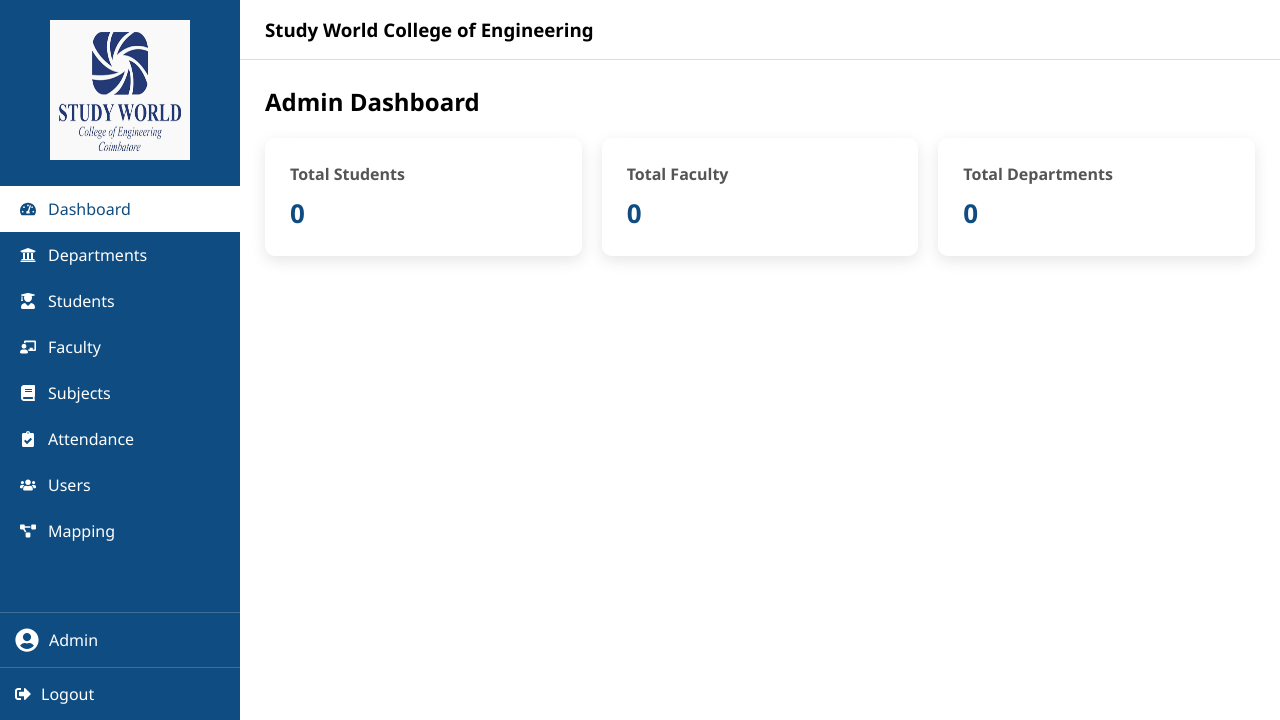
Repository: arthanarieswara/frontend
Page: /dashboard
These files come from the project's save history. The page is drawn as it stood at one moment and after the next save; the edit follows.
The browser window is 1280 px wide. The pictures show the whole page.
The page's requests for data from a server got no answer. The project was rebuilt for these pictures with package versions that can differ from the ones it lists, and the page was loaded fresh each time. No one was signed in, and anything a server would have sent is missing. Also part of the build but not shown: vite.config.js, src/pages/auth/Login.jsx, src/pages/departments/Departments.css, src/pages/departments/Departments.jsx, src/pages/students/Students.css, src/pages/students/Students.jsx, src/pages/faculty/Faculty.css, src/pages/faculty/Faculty.jsx and 8 more.

Above is the page before, as saved 2026-03-26 16:38:17.

### src/App.jsx
import AppRoutes from "./routes/AppRoutes";

function App() {
  return <AppRoutes />;
}

export default App;

### src/routes/AppRoutes.jsx
import { BrowserRouter, Routes, Route } from "react-router-dom";

import Login from "../pages/auth/Login";
import Dashboard from "../pages/dashboard/Dashboard";
import Departments from "../pages/departments/Departments";
import Students from "../pages/students/Students";
import Faculty from "../pages/faculty/Faculty";
import Subjects from "../pages/Subjects/Subjects";
import Attendance from "../pages/Attendance/Attendance";
import Users from "../pages/users/Users";
import UserMapping from "../pages/UserMapping/UserMapping"; // ✅ NEW
function AppRoutes() {
  return (
    <BrowserRouter>
      <Routes>
        <Route path="/" element={<Login />} />
        <Route path="/dashboard" element={<Dashboard />} />
        <Route path="/departments" element={<Departments />} />
        <Route path="/students" element={<Students />} />
        <Route path="/faculty" element={<Faculty />} />
        <Route path="/subjects" element={<Subjects />} />
        <Route path="/attendance" element={<Attendance />} />
        <Route path="/users" element={<Users />} />

        {/* ✅ NEW ROUTE */}
        <Route path="/mapping" element={<UserMapping />} />
      </Routes>
    </BrowserRouter>
  );
}

export default AppRoutes;

### src/pages/dashboard/Dashboard.jsx
import { useEffect, useState } from "react";
import Layout from "../../components/Layout";
import api from "../../api/api";
import "./Dashboard.css";

function Dashboard() {

  const [data,setData] = useState({
    students:0,
    faculty:0,
    departments:0,
    fees:0
  });

  useEffect(()=>{

    const fetchDashboard = async ()=>{

      try{

        const res = await api.get("/dashboard/admin");

        setData(res.data);

      }catch(err){

        console.log(err);

      }

    };

    fetchDashboard();

  },[]);

  return(

    <Layout>

      <div className="dashboard">

        <h2>Admin Dashboard</h2>

        <div className="cards">

          <div className="card">
            <h3>Total Students</h3>
            <p>{data.students}</p>
          </div>

          <div className="card">
            <h3>Total Faculty</h3>
            <p>{data.faculty}</p>
          </div>

          <div className="card">
            <h3>Total Departments</h3>
            <p>{data.departments}</p>
          </div>

          {/* <div className="card">
            <h3>Total Fees Collected</h3>
            <p>₹{data.fees}</p>
          </div> */}

        </div>

      </div>

    </Layout>

  );

}

export default Dashboard;

### src/api/api.js
import axios from "axios";

const api = axios.create({
  baseURL: "http://localhost:5000/api",
});

/* ✅ Attach token automatically */
api.interceptors.request.use((config) => {
  const token = localStorage.getItem("token");

  if (token) {
    config.headers.Authorization = `Bearer ${token}`;
  }

  return config;
});

export default api;

### src/pages/auth/Login.css
*{
  margin:0;
  padding:0;
  box-sizing:border-box;
  font-family:"Segoe UI",sans-serif;
}

/* ANIMATED BACKGROUND */

.login-wrapper{
  height:100vh;
  display:flex;
  justify-content:center;
  align-items:center;
  background:linear-gradient(270deg,#0f4c81,#3a8bfd,#1a6ed8);
  background-size:600% 600%;
  animation:gradientBG 10s ease infinite;
}

@keyframes gradientBG{
  0%{background-position:0% 50%}
  50%{background-position:100% 50%}
  100%{background-position:0% 50%}
}

/* LOGIN CARD */

.login-card{
  width:420px;
  padding:40px;
  border-radius:12px;
  background:rgba(255,255,255,0.15);
  backdrop-filter:blur(15px);
  box-shadow:0 15px 40px rgba(0,0,0,0.3);
  text-align:center;
  color:white;
}

/* COLLEGE HEADER */

.college-logo{
  width:70px;
  margin-bottom:10px;
}

.college-header h1{
  font-size:20px;
  margin-bottom:5px;
}

.college-header p{
 font-size:13px;
  opacity:0.9;
}

.college-header span{
  font-size:12px;
  opacity:0.8;
}

.college-header{
  margin-bottom:30px;
}

/* INPUT GROUP */

.input-group{

  position:relative;
  margin-bottom:20px;
}

.input-group input{
  width:100%;
  padding:12px;
  border:none;
  border-radius:6px;
  outline:none;
  font-size:14px;
}

/* FLOATING LABEL */

.input-group label{
  position:absolute;
  left:12px;
  top:50%;
  transform:translateY(-50%);
  color:#000000;
  font-size:14px;
  pointer-events:none;
  transition:0.3s;
}

.input-group input:focus + label,
.input-group input:not(:placeholder-shown) + label{
  top:-8px;
  /* background:white; */
  padding:0 5px;
  font-size:15px;
  color:white;
}

/* PASSWORD ICON */

.password-group{
 position:relative;
}

.eye-icon{
  position:absolute;
  right:10px;
  top:50%;
  transform:translateY(-50%);
  cursor:pointer;
  color:#444;
}

/* BUTTON */

.login-btn{
  width:100%;
  padding:12px;
  border:none;
  border-radius:6px;
  background:white;
  color:#0f4c81;
  font-size:16px;
  font-weight:bold;
  cursor:pointer;
  transition:all 0.3s;
}

.login-btn:hover{
  transform:translateY(-2px);
  box-shadow:0 5px 15px rgba(0,0,0,0.3);
}

### src/components/Layout.jsx
import { useState } from "react";
import Sidebar from "./Sidebar";
import Navbar from "./Navbar";

function Layout({ children }) {

  const [collapsed,setCollapsed] = useState(false);

  return (

    <div style={{display:"flex"}}>

      <Sidebar collapsed={collapsed} />

      <div style={{flex:1}}>

        <Navbar toggleSidebar={()=>setCollapsed(!collapsed)} />

        <div style={{padding:"25px"}}>
          {children}
        </div>

      </div>

    </div>

  );

}

export default Layout;

### src/pages/dashboard/Dashboard.css
.dashboard h2{
  margin-bottom:20px;
}

.cards{

  display:grid;

  grid-template-columns:repeat(auto-fit,minmax(220px,1fr));

  gap:20px;

}

.card{

  background:white;

  padding:25px;

  border-radius:10px;

  box-shadow:0 5px 15px rgba(0,0,0,0.1);

  transition:0.3s;

}

.card:hover{

  transform:translateY(-5px);

}

.card h3{

  font-size:16px;

  margin-bottom:10px;

  color:#555;

}

.card p{

  font-size:26px;

  font-weight:bold;

  color:#0f4c81;

}

### src/components/Sidebar.jsx
import { NavLink, useNavigate } from "react-router-dom";
import {
  FaTachometerAlt,
  FaUniversity,
  FaUserGraduate,
  FaChalkboardTeacher,
  FaBook,
  FaClipboardCheck,
  FaMoneyBill,
  FaSignOutAlt,
  FaUserCircle,
  FaUsers,
  FaProjectDiagram,
} from "react-icons/fa";

import "./Sidebar.css";

function Sidebar({ collapsed }) {
  const navigate = useNavigate();

  const handleLogout = () => {
    localStorage.removeItem("token");
    navigate("/");
  };

  return (
    <div className={`sidebar ${collapsed ? "collapsed" : ""}`}>
      <div className="sidebar-header">
        <img src="/college-logo.png" className="sidebar-logo" />
      </div>

      <nav className="menu">
        <NavLink to="/dashboard" className="menu-item">
          <FaTachometerAlt />
          <span>Dashboard</span>
        </NavLink>

        <NavLink to="/departments" className="menu-item">
          <FaUniversity />
          <span>Departments</span>
        </NavLink>

        <NavLink to="/students" className="menu-item">
          <FaUserGraduate />
          <span>Students</span>
        </NavLink>

        <NavLink to="/faculty" className="menu-item">
          <FaChalkboardTeacher />
          <span>Faculty</span>
        </NavLink>

        <NavLink to="/subjects" className="menu-item">
          <FaBook />
          <span>Subjects</span>
        </NavLink>

        <NavLink to="/attendance" className="menu-item">
          <FaClipboardCheck />
          <span>Attendance</span>
        </NavLink>

        {/* <NavLink to="/fees" className="menu-item">
          <FaMoneyBill />
          <span>Fees</span>
        </NavLink> */}

        <NavLink to="/users" className="menu-item">
          <FaUsers />
          <span>Users</span>
        </NavLink>
        <NavLink to="/mapping" className="menu-item">
          <FaProjectDiagram />
          <span>Mapping</span>
        </NavLink>
      </nav>

      {/* PROFILE SECTION */}

      <div className="profile">
        <FaUserCircle className="profile-icon" />
        <span>Admin</span>
      </div>

      {/* LOGOUT */}

      <div className="logout" onClick={handleLogout}>
        <FaSignOutAlt />
        <span>Logout</span>
      </div>
    </div>
  );
}

export default Sidebar;

### src/components/Navbar.jsx
import { FaBars } from "react-icons/fa";
import "./Navbar.css";

function Navbar({ toggleSidebar }) {

    return (

        <div className="navbar">

            {/* <FaBars className="toggle-btn" onClick={toggleSidebar} /> */}

            <h3>Study World College of Engineering</h3>

        </div>

    )

}

export default Navbar;

### src/components/Sidebar.css
.sidebar {
    width: 240px;
    height: 100vh;
    background: #0f4c81;
    color: white;
    display: flex;
    flex-direction: column;
    transition: 0.3s;
}

/* COLLAPSED */

.sidebar.collapsed {
    width: 70px;
}

.sidebar.collapsed span {
    display: none;
}

/* HEADER */

.sidebar-header {
    font-size: 20px;
    font-weight: bold;
    text-align: center;
    padding: 20px;
}

/* MENU */

.menu {
    flex: 1;
    display: flex;
    flex-direction: column;
}

/* MENU ITEM */

.menu-item {
    display: flex;
    align-items: center;
    gap: 12px;
    padding: 12px 20px;
    text-decoration: none;
    color: white;
    transition: 0.3s;
}

.menu-item:hover {
    background: rgba(255, 255, 255, 0.2);
}

.menu-item.active {
    background: white;
   color: #0f4c81;
}

/* PROFILE */

.profile {
    padding: 15px;
    border-top: 1px solid rgba(255, 255, 255, 0.2);
    display: flex;
    align-items: center;
    gap: 10px;
}

.profile-icon {
    font-size: 24px;
}

/* LOGOUT */

.logout {
    padding: 15px;
    display: flex;
    align-items: center;
    gap: 10px;
    cursor: pointer;
    border-top: 1px solid rgba(255, 255, 255, 0.2);
}

.logout:hover {
    background: rgba(255, 255, 255, 0.2);
}

.sidebar-logo {
    width: 140px;
    height: 140px;
    /* border-radius:50%; */
}

### src/components/Navbar.css
.navbar{
  height:60px;
  background:white;
  border-bottom:1px solid #ddd;
  display:flex;
  align-items:center;
  padding:0 25px;
}

Loaded but not shown: index.html (common file); src/main.jsx (common file)

After the next save:
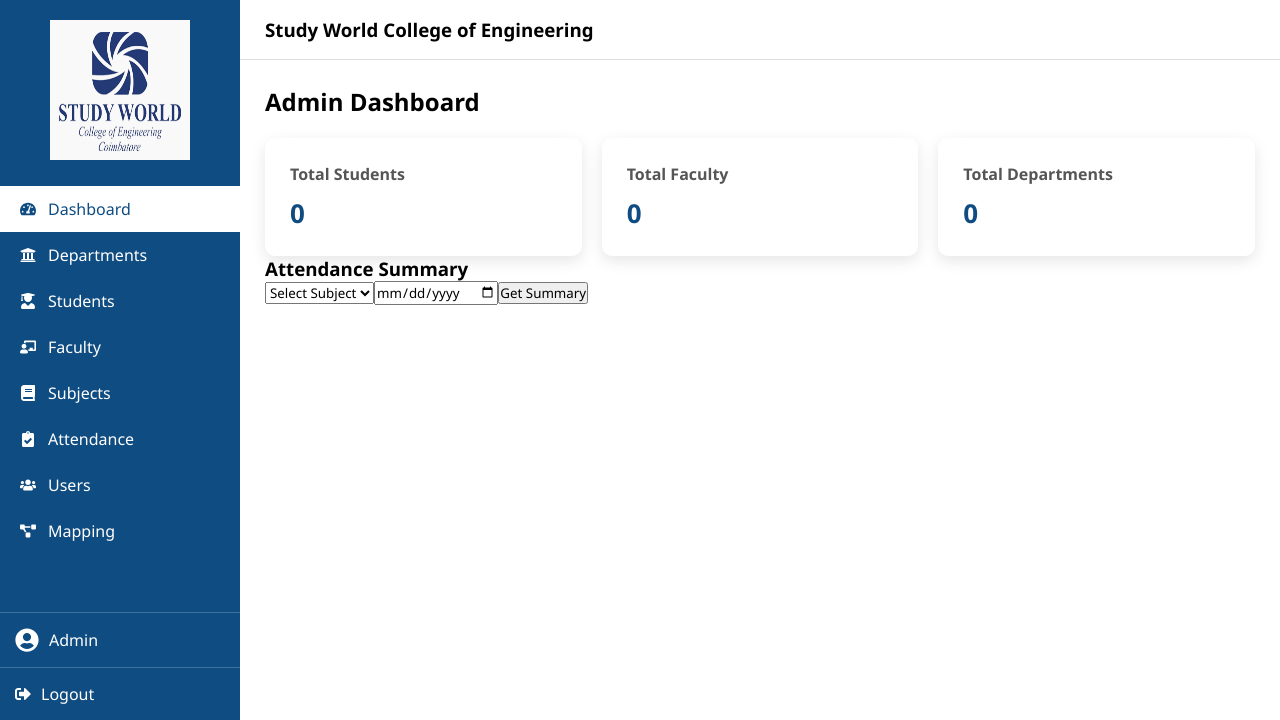
Saved 16 min 16 s later.
--- a/src/pages/dashboard/Dashboard.jsx
+++ b/src/pages/dashboard/Dashboard.jsx
@@ -5,43 +5,72 @@ import "./Dashboard.css";
 
 function Dashboard() {
 
-  const [data,setData] = useState({
-    students:0,
-    faculty:0,
-    departments:0,
-    fees:0
+  const [data, setData] = useState({
+    students: 0,
+    faculty: 0,
+    departments: 0,
+    fees: 0
   });
 
-  useEffect(()=>{
+  const [subjects, setSubjects] = useState([]);
+  const [subject, setSubject] = useState("");
+  const [date, setDate] = useState("");
 
-    const fetchDashboard = async ()=>{
+  const [attendanceSummary, setAttendanceSummary] = useState(null);
 
-      try{
+  /* ================= LOAD DASHBOARD ================= */
 
-        const res = await api.get("/dashboard/admin");
+  useEffect(() => {
+    fetchDashboard();
+    fetchSubjects();
+  }, []);
 
-        setData(res.data);
+  const fetchDashboard = async () => {
+    try {
+      const res = await api.get("/dashboard/admin");
+      setData(res.data);
+    } catch (err) {
+      console.log(err);
+    }
+  };
 
-      }catch(err){
+  const fetchSubjects = async () => {
+    try {
+      const res = await api.get("/subjects");
+      setSubjects(res.data || []);
+    } catch (err) {
+      console.log(err);
+    }
+  };
 
-        console.log(err);
+  /* ================= FETCH ATTENDANCE SUMMARY ================= */
 
-      }
+  const getAttendanceSummary = async () => {
+    if (!subject || !date) {
+      alert("Select subject and date");
+      return;
+    }
 
-    };
+    try {
+      const res = await api.get(
+        `/attendance/summary?subject_id=${subject}&date=${date}`
+      );
 
-    fetchDashboard();
+      setAttendanceSummary(res.data);
 
-  },[]);
+    } catch (err) {
+      console.error(err);
+      alert("Failed to fetch attendance summary");
+    }
+  };
 
-  return(
-
+  return (
     <Layout>
-
       <div className="dashboard">
 
         <h2>Admin Dashboard</h2>
 
+        {/* ================= MAIN CARDS ================= */}
         <div className="cards">
 
           <div className="card">
@@ -59,19 +88,68 @@ function Dashboard() {
             <p>{data.departments}</p>
           </div>
 
-          {/* <div className="card">
-            <h3>Total Fees Collected</h3>
-            <p>₹{data.fees}</p>
-          </div> */}
+        </div>
+
+        {/* ================= ATTENDANCE FILTER ================= */}
+
+        <div className="attendance-filter-section">
+
+          <h3>Attendance Summary</h3>
+
+          <div className="filters">
+
+            <select
+              value={subject}
+              onChange={(e) => setSubject(e.target.value)}
+            >
+              <option value="">Select Subject</option>
+              {subjects.map((s) => (
+                <option key={s.id} value={s.id}>
+                  {s.name}
+                </option>
+              ))}
+            </select>
+
+            <input
+              type="date"
+              value={date}
+              onChange={(e) => setDate(e.target.value)}
+            />
+
+            <button onClick={getAttendanceSummary}>
+              Get Summary
+            </button>
+
+          </div>
 
         </div>
 
+        {/* ================= SUMMARY RESULT ================= */}
+
+        {attendanceSummary && (
+          <div className="cards">
+
+            <div className="card">
+              <h3>Present</h3>
+              <p>{attendanceSummary.present_count}</p>
+            </div>
+
+            <div className="card">
+              <h3>Absent</h3>
+              <p>{attendanceSummary.absent_count}</p>
+            </div>
+
+            <div className="card">
+              <h3>Total</h3>
+              <p>{attendanceSummary.total_students}</p>
+            </div>
+
+          </div>
+        )}
+
       </div>
-
     </Layout>
-
   );
-
 }
 
 export default Dashboard;
